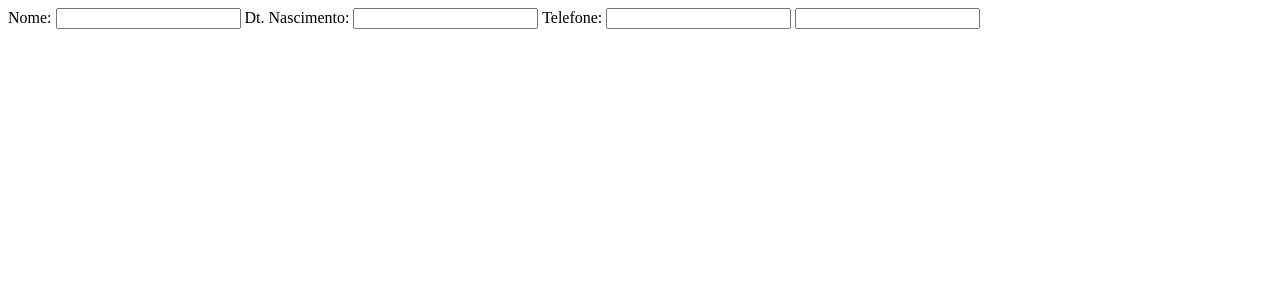
Repository: edwardcarvalho/PI-Agenda-WEB
Page: AgendaWeb/WebContent/index.html
An editor plug-in stored every save of this project. The page is shown before and after the next save, followed by the edit.
The browser window is 1280 px wide. The pictures show the whole page.

Above is the page before, as saved 2016-10-19 23:36:57.

After the next save:
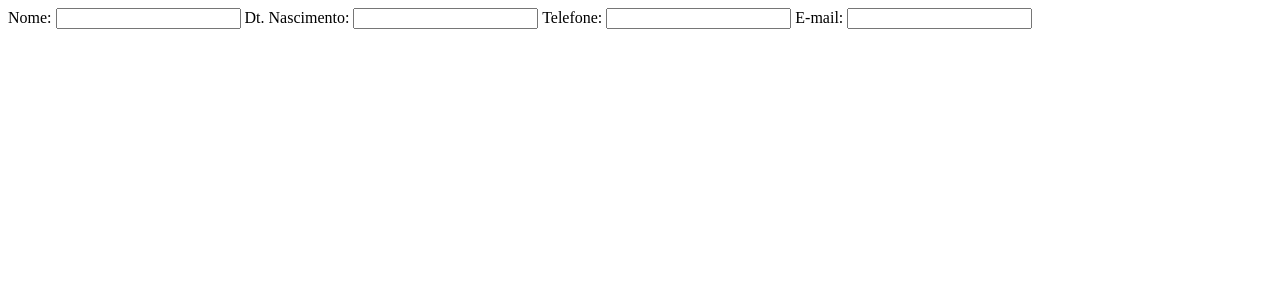
Saved 5 s later.
--- a/AgendaWeb/WebContent/index.html
+++ b/AgendaWeb/WebContent/index.html
@@ -10,7 +10,7 @@
 		Nome: <input type="text" name="nome">
 		Dt. Nascimento: <input type="text" name="dataNascimento">
 		Telefone: <input type="text" name="telefone">
-		<input type="text" name="email">
+		E-mail: <input type="text" name="email">
 	</form>
 </body>
 </html>
